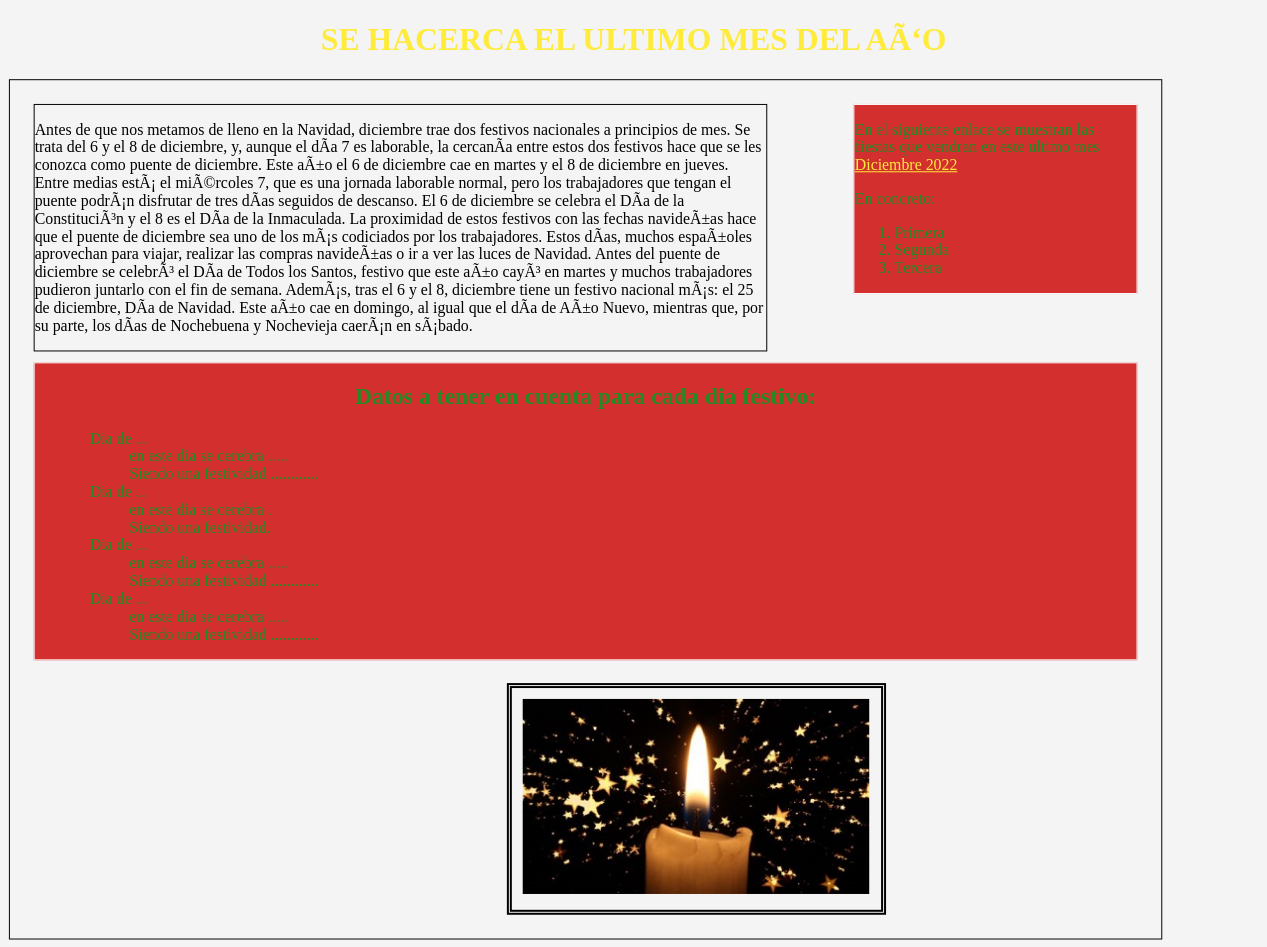
Repository: demoniers/clase
Page: lenguajes/examen2/src/index.html
An editor plug-in stored every save of this project. The page is shown before and after the next save, followed by the edit.
The browser window is 1280 px wide. The pictures show the whole page, at 99% of full size.

Above is the page before, as saved 2024-11-06 13:49:40.

### lenguajes/examen2/src/index.html
<!DOCTYPE html>
<html>
  <head>
    <title>¡Festivos Fin de Año!</title>
    <link rel="stylesheet" href="../style/style.css" />
    <meta name="author" content="Diego" />
    <meta name="description" content="¡Festivos Fin de Año!" />
    <meta name="Date" content="06/11/2024"/>
    <meta name="keywords" content="Festivo, Fiesta"/>
    <meta charset="ISO 8859-1">
    <meta lang="ES, FR, IT">
  </head>

  <body>
    <h1 class="center">SE HACERCA EL ULTIMO MES DEL AÑO</h1>
    <div id="container">
      <div class="c65" >
        <p>Antes de que nos metamos de lleno en la Navidad, diciembre trae dos festivos nacionales a principios
          de mes. Se trata del 6 y el 8 de diciembre, y, aunque el día 7 es laborable, la cercanía entre estos dos
          festivos hace que se les conozca como puente de diciembre. Este año el 6 de diciembre cae en martes y
          el 8 de diciembre en jueves. Entre medias está el miércoles 7, que es una jornada laborable normal,
          pero los trabajadores que tengan el puente podrán disfrutar de tres días seguidos de descanso. El 6 de
          diciembre se celebra el Día de la Constitución y el 8 es el Día de la Inmaculada. La proximidad de estos
          festivos con las fechas navideñas hace que el puente de diciembre sea uno de los más codiciados por los
          trabajadores. Estos días, muchos españoles aprovechan para viajar, realizar las compras navideñas o ir a
          ver las luces de Navidad. Antes del puente de diciembre se celebró el Día de Todos los Santos, festivo
          que este año cayó en martes y muchos trabajadores pudieron juntarlo con el fin de semana. Además,
          tras el 6 y el 8, diciembre tiene un festivo nacional más: el 25 de diciembre, Día de Navidad. Este año
          cae en domingo, al igual que el día de Año Nuevo, mientras que, por su parte, los días de Nochebuena y
          Nochevieja caerán en sábado.
          </p>
      </div>
      <div class="c25" >
        <p>En el siguiente enlace se muestran las fiestas que vendran en este ultimo mes <a href="calendarioFestivos.html" target="_blank">Diciembre 2022</a></p>
        <p>En concreto:</p>
        <ol>
          <li>Primera</li>
          <li>Segunda</li>
          <li>Tercera</li>
        </ol>
      </div>
      <div class="cc" >
        <h2 class="center">Datos a tener en cuenta para cada dia festivo:</h2>
        <dl>
          <dt>Dia de ...</dt>
          <dd>en este dia se cerebra .....</dd>
          <dd>Siendo una festividad ............</dd>
          <dt>Dia de ...</dt>
          <dd>en este dia se cerebra .</dd>
          <dd>Siendo una festividad.</dd>
          <dt>Dia de ...</dt>
          <dd>en este dia se cerebra .....</dd>
          <dd>Siendo una festividad ............</dd>
          <dt>Dia de ...</dt>
          <dd>en este dia se cerebra .....</dd>
          <dd>Siendo una festividad ............</dd>
        </dl>
      </div>
      <div class="cimg" >
        <img src="../img/navidad.jpg">
      </div>
      <p class="fin"></p>
    </div>
  </body>
</html>

### lenguajes/examen2/style/style.css
body {
    background-color: #f4f4f4;
}
.center {
    text-align: center;
}
#container {
    border: 1px solid black;
    padding: 1%;
    margin: 1px;
    height: 9s0%;
    width: 90%;
}
.c65{
    float: left;
    width: 65%;
    border: 1px solid black;
}
.c25{
    float: right;
    width: 25%;
    border: 1px solid white;
    background-color: #D32F2F;
    color: #228B22;
}
div {
    margin: 1%;
}
a, h1 {
    color: #FFEB3B;
}
.cc {
    clear: both;
    border: 1px solid white;
    background-color: #D32F2F;
    color: #228B22;
}
dl {
    margin-left: 5%;
}
.cimg {
    float: left;
    margin-left: 43%;
    border: 5px double black;
    padding: 1%;
}
.fin {
    clear:both;
}
.cenimg {
    margin-left: 25%;
    float: left;
}

After the next save:
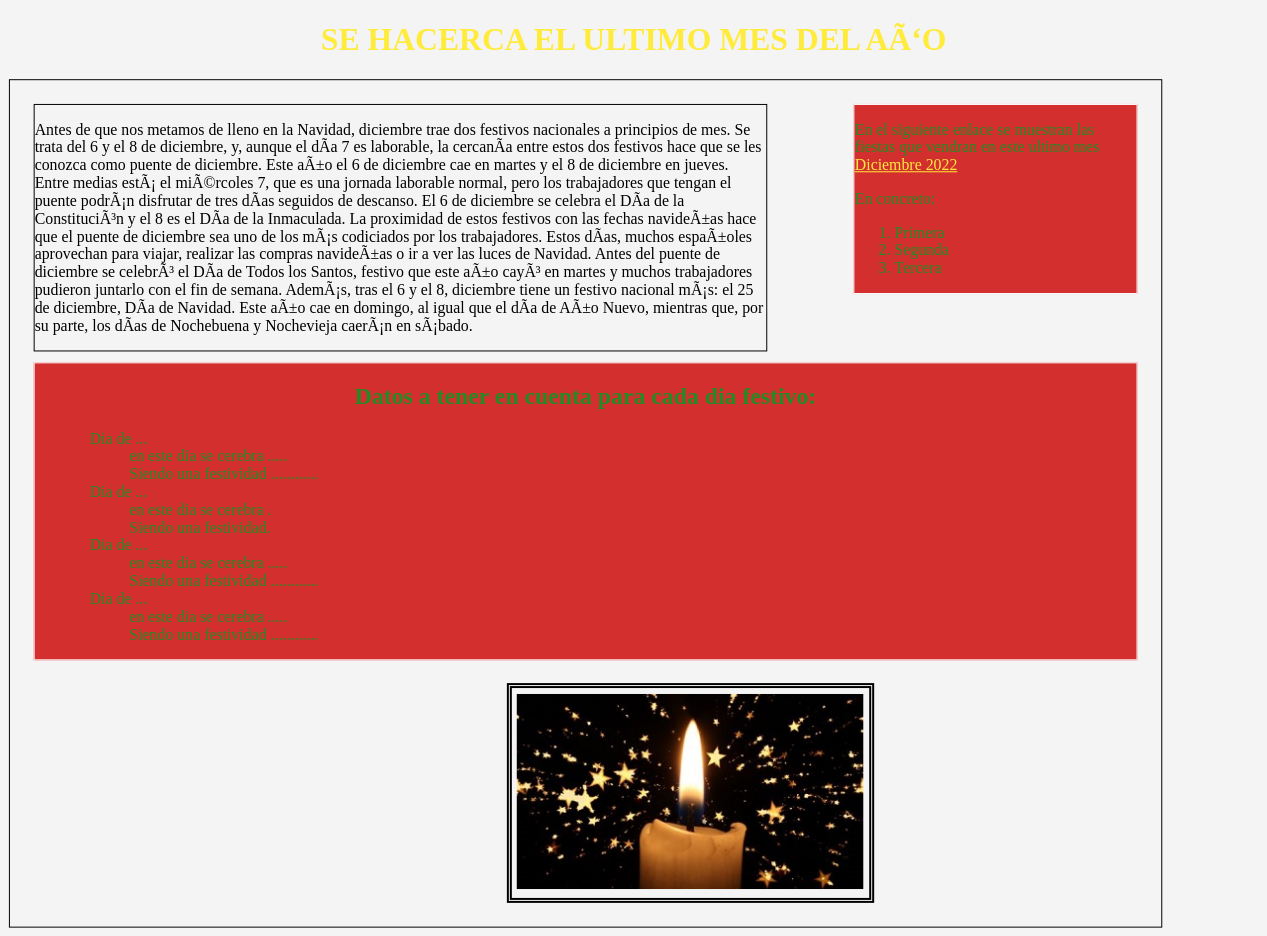
Saved 8 s later.
--- a/lenguajes/examen2/style/style.css
+++ b/lenguajes/examen2/style/style.css
@@ -42,7 +42,7 @@
     float: left;
     margin-left: 43%;
     border: 5px double black;
-    padding: 1%;
+    padding: 0.5%;
 }
 .fin {
     clear:both;
